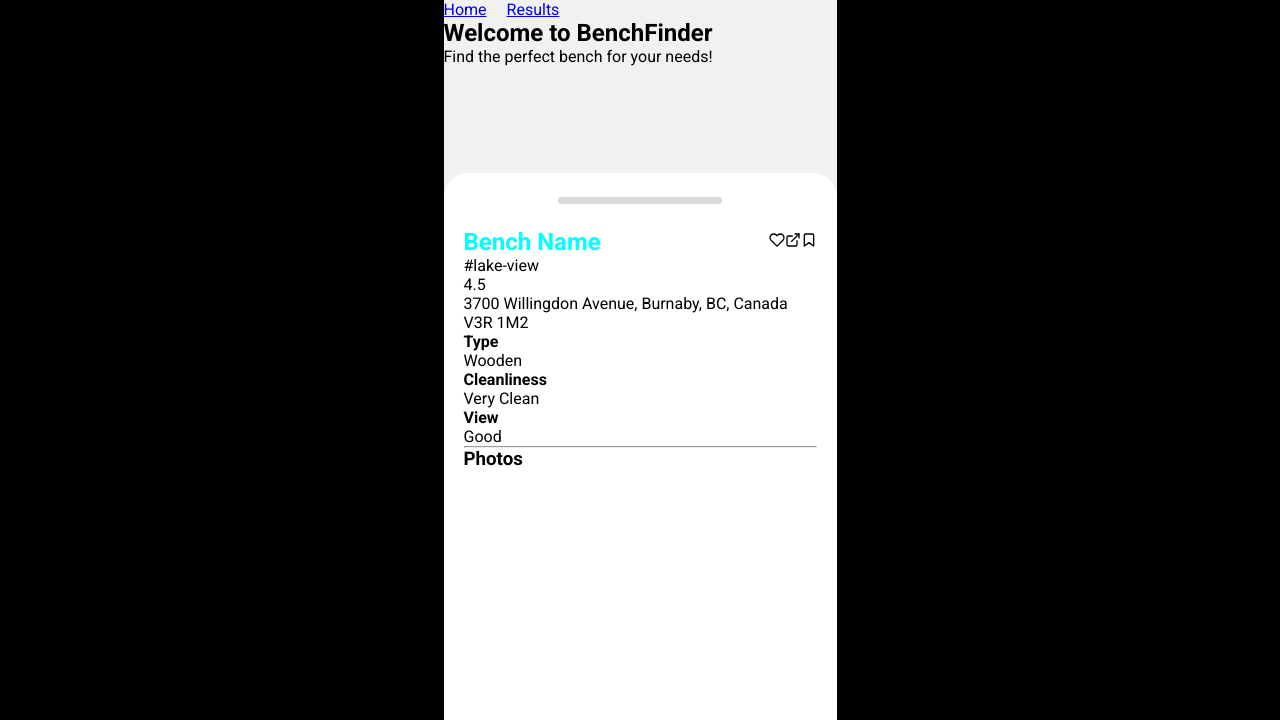
Repository: HidayatPatil/BenchFinder
Page: /
The author's editor kept a copy of each file at every save. The page is drawn from the files as they stood at one save, then again after the next save.
The browser window is 1280 px wide. The pictures show the whole page.
The project was rebuilt for these pictures with package versions that can differ from the ones it lists, and the page was loaded fresh each time. Also part of the build but not shown: vite.config.js, src/Results.jsx.

Above is the page before, as saved 2025-10-09 21:14:22.

After the next save:
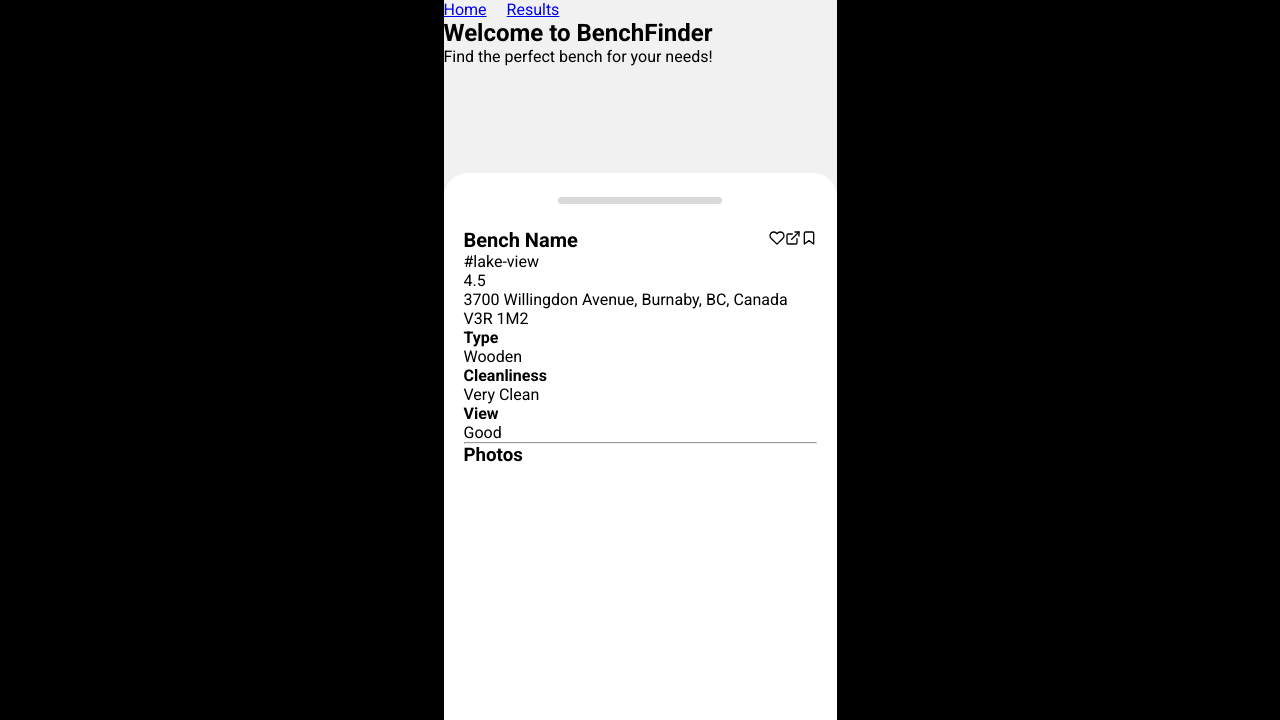
Saved 22 s later.
--- a/src/index.css
+++ b/src/index.css
@@ -60,6 +60,6 @@ body, html {
     align-items: center;
 
     h2 {
-        color: aqua;
+        font-size: 20px;
     }
 }
